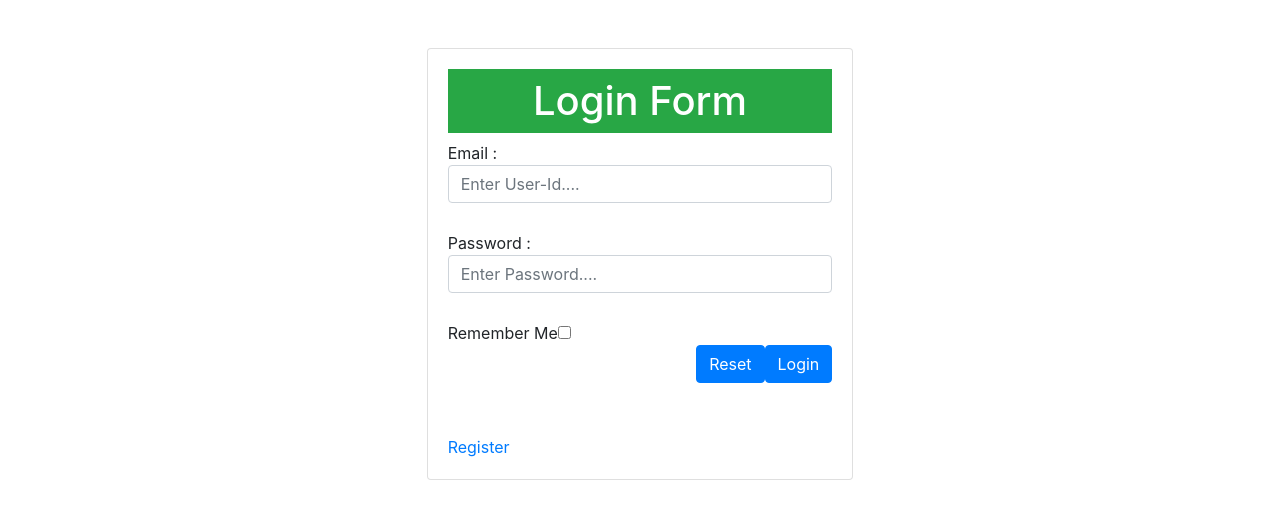
Repository: abhinavk718/servlet-project
Page: empwebapp/WebContent/login.html
An editor plug-in stored every save of this project. The page is shown before and after the next save, followed by the edit.
The browser window is 1280 px wide. The pictures show the whole page.

Above is the page before, as saved 2019-11-15 16:32:54.

### empwebapp/WebContent/login.html
          <!DOCTYPE html>
<html>
<head>
<meta charset="ISO-8859-1">
<title>Login Here</title>
<link rel="stylesheet" href="./Bootstrap/bootstrap-4.3.1-dist/css/bootstrap.min.css">
</head>
<body>
<form action="./login" class="col-md-4 offset-4 mt-5 mb-5 card card-body" method="post">
    <h1 class="text-center p-2 bg-success text-white" style="background-color: gray;">Login Form</h1>
    <div class="formgroup">
       Email : <input type="text" name="id"class="form-control mb-1" placeholder="Enter User-Id....">
    </div>
    <br>
    <div class="formgroup">
       Password : <input type="password" name="password" class="form-control mb-1" placeholder="Enter Password....">
    </div>
    <br>
    <div class="formgroup">
    Remember Me<input type="checkbox" value="checkbox">
    </div>
    <div class="formgroup">
        <button type="submit" class="btn btn-primary float-right mb-1" >Login</button>
         <button type="reset" class="btn btn-primary float-right mb-1" >Reset</button>
    </div>
    <br><br>
    <a href="./register.html"> Register</a>
</form>
</body>
</html>

Loaded but not shown: empwebapp/WebContent/Bootstrap/bootstrap-4.3.1-dist/css/bootstrap.min.css (library)

After the next save:
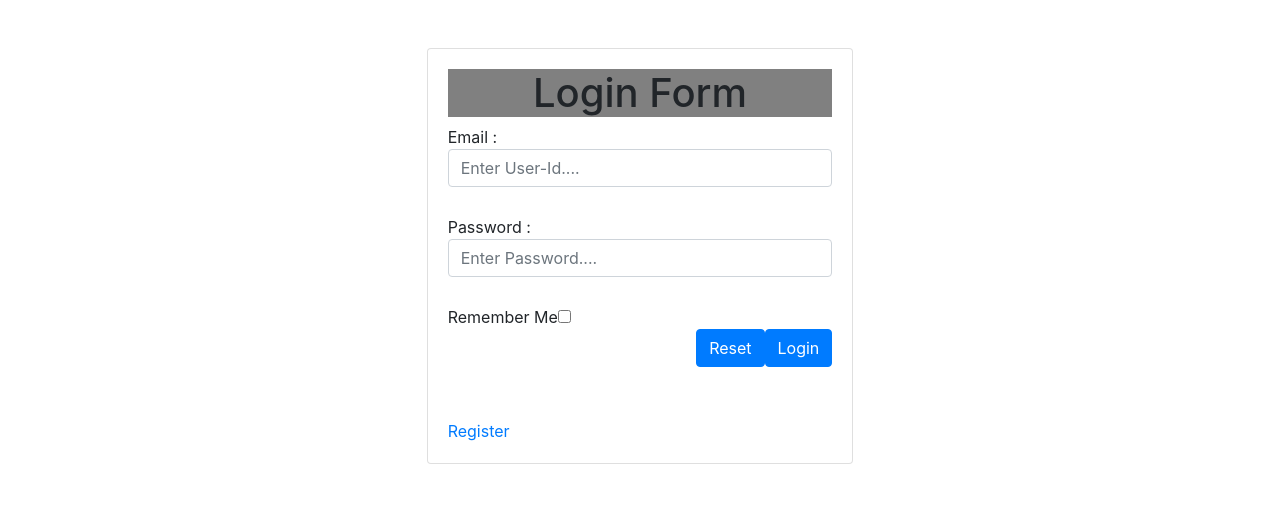
Saved 52 s later.
--- a/empwebapp/WebContent/login.html
+++ b/empwebapp/WebContent/login.html
@@ -7,7 +7,7 @@
 </head>
 <body>
 <form action="./login" class="col-md-4 offset-4 mt-5 mb-5 card card-body" method="post">
-    <h1 class="text-center p-2 bg-success text-white" style="background-color: gray;">Login Form</h1>
+    <h1 class="text-center" style="background-color: gray;">Login Form</h1>
     <div class="formgroup">
        Email : <input type="text" name="id"class="form-control mb-1" placeholder="Enter User-Id....">
     </div>
